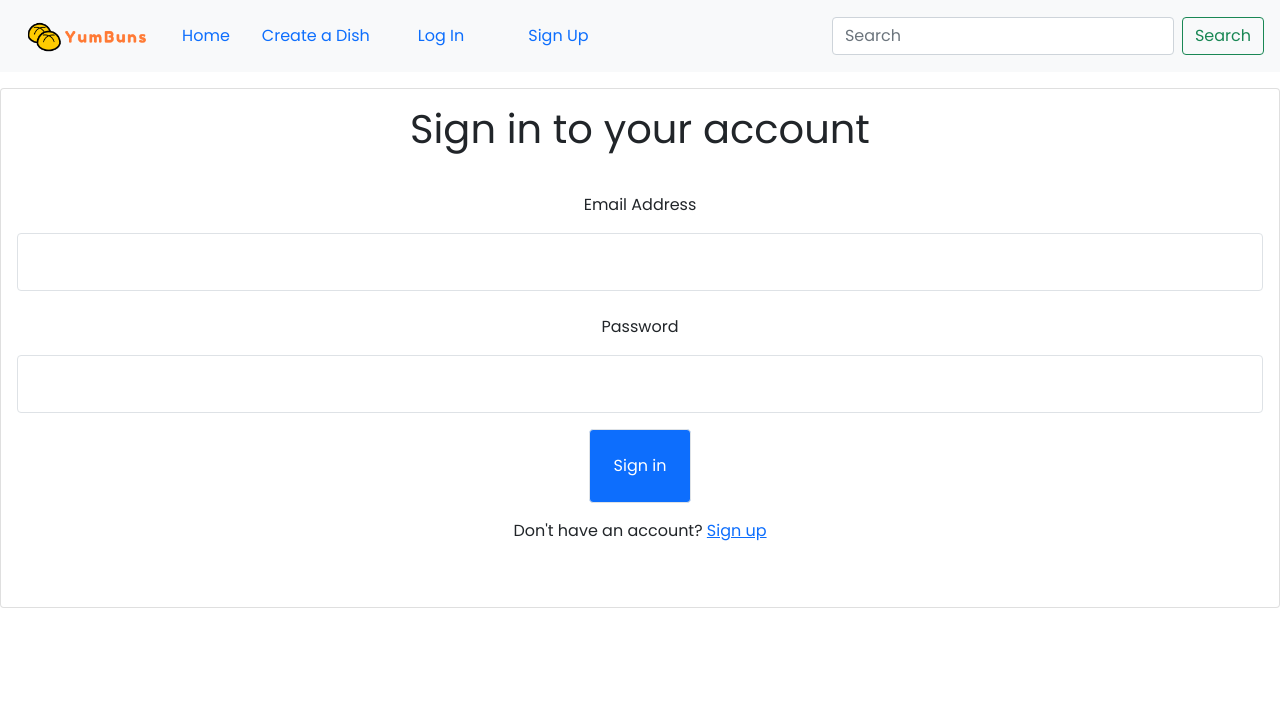
Repository: mottad14/yumBuns
Page: /login (app in client/)
These files come from the project's save history. The page is drawn as it stood at one moment and after the next save; the edit follows.
The browser window is 1280 px wide. The pictures show the whole page.
Some web fonts or font styles are not loaded; a fallback is used. The project was rebuilt for these pictures with package versions that can differ from the ones it lists, and the page was loaded fresh each time. Also part of the build but not shown: client/src/components/RecipePreview.js, client/src/views/Main.js, client/src/views/Create.js, client/src/views/Recipe.js, client/src/components/SubscribePop.css, client/src/components/SignUp.jsx, client/src/components/SubscribePop.js.

Above is the page before, as saved 2022-07-29 11:16:40.

After the next save:
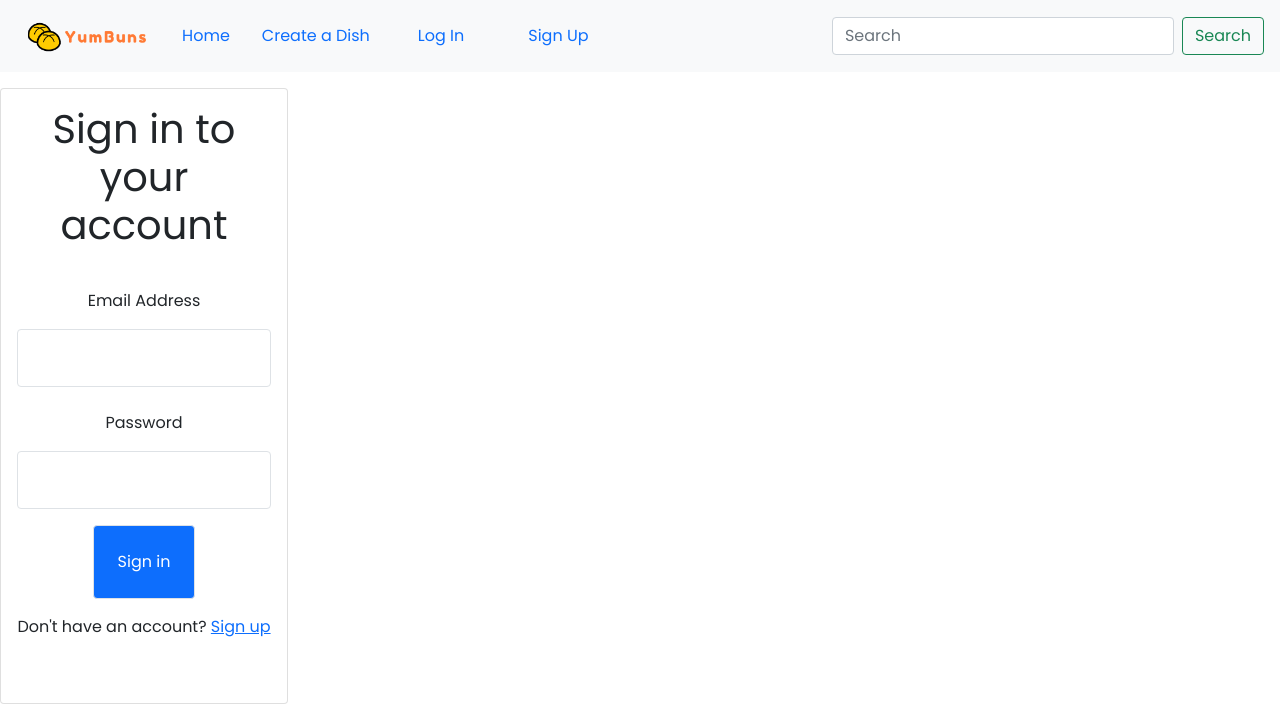
Saved 54 s later.
--- a/client/src/views/Login.js
+++ b/client/src/views/Login.js
@@ -24,7 +24,7 @@ const Signin = () => {
   }
 
   return (
-    <Card>
+    <Card style={{ width: '18rem' }}>
       <Card.Body className='text-center mb-4'>
               <h1 className='text-center mb-4'>Sign in to your account</h1>
 
